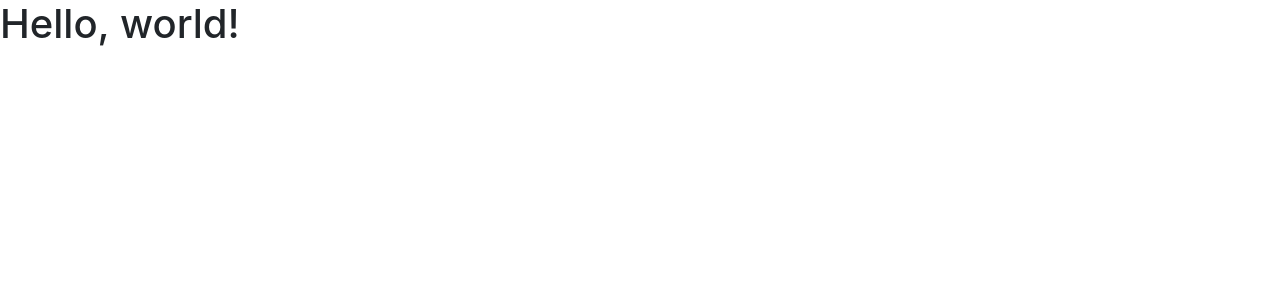
Repository: NarendraKumar-2259/ResturantManagementSystem
Page: http://localhost/Guntur_Karam/Home.jsp
The author's editor kept a copy of each file at every save. The page is drawn from the files as they stood at one save, then again after the next save.
The browser window is 1280 px wide. The pictures show the whole page.
Some web libraries are served in a nearby version. The page is served by Tomcat 9. Other server files are loaded and not shown.

Above is the page before, as saved 2024-09-27 10:03:17.

### Guntur Karam/src/main/webapp/Home.jsp
<%@ page language="java" contentType="text/html; charset=UTF-8"
    pageEncoding="UTF-8"%>
<!doctype html>
<html lang="en">
  <head>
    <!-- Required meta tags -->
    <meta charset="utf-8">
    <meta name="viewport" content="width=device-width, initial-scale=1, shrink-to-fit=no">

    <!-- Bootstrap CSS -->
    <link rel="stylesheet" href="https://cdn.jsdelivr.net/npm/bootstrap@4.0.0/dist/css/bootstrap.min.css" integrity="sha384-Gn5384xqQ1aoWXA+058RXPxPg6fy4IWvTNh0E263XmFcJlSAwiGgFAW/dAiS6JXm" crossorigin="anonymous">

    <title>Hello, world!</title>
  </head>
  <body>
    <h1>Hello, world!</h1>

    <!-- Optional JavaScript -->
    <!-- jQuery first, then Popper.js, then Bootstrap JS -->
    <script src="https://code.jquery.com/jquery-3.2.1.slim.min.js" integrity="sha384-KJ3o2DKtIkvYIK3UENzmM7KCkRr/rE9/Qpg6aAZGJwFDMVNA/GpGFF93hXpG5KkN" crossorigin="anonymous"></script>
    <script src="https://cdn.jsdelivr.net/npm/popper.js@1.12.9/dist/umd/popper.min.js" integrity="sha384-ApNbgh9B+Y1QKtv3Rn7W3mgPxhU9K/ScQsAP7hUibX39j7fakFPskvXusvfa0b4Q" crossorigin="anonymous"></script>
    <script src="https://cdn.jsdelivr.net/npm/bootstrap@4.0.0/dist/js/bootstrap.min.js" integrity="sha384-JZR6Spejh4U02d8jOt6vLEHfe/JQGiRRSQQxSfFWpi1MquVdAyjUar5+76PVCmYl" crossorigin="anonymous"></script>
  </body>
</html>

After the next save:
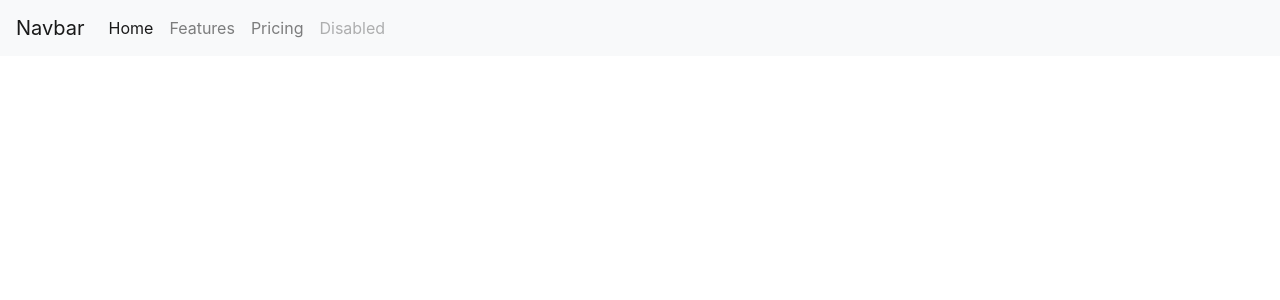
Saved 84 s later.
--- a/Guntur Karam/src/main/webapp/Home.jsp
+++ b/Guntur Karam/src/main/webapp/Home.jsp
@@ -13,7 +13,29 @@
     <title>Hello, world!</title>
   </head>
   <body>
-    <h1>Hello, world!</h1>
+    <nav class="navbar navbar-expand-lg navbar-light bg-light">
+  <a class="navbar-brand" href="#">Navbar</a>
+  <button class="navbar-toggler" type="button" data-toggle="collapse" data-target="#navbarNav" aria-controls="navbarNav" aria-expanded="false" aria-label="Toggle navigation">
+    <span class="navbar-toggler-icon"></span>
+  </button>
+  <div class="collapse navbar-collapse" id="navbarNav">
+    <ul class="navbar-nav">
+      <li class="nav-item active">
+        <a class="nav-link" href="#">Home <span class="sr-only">(current)</span></a>
+      </li>
+      <li class="nav-item">
+        <a class="nav-link" href="#">Features</a>
+      </li>
+      <li class="nav-item">
+        <a class="nav-link" href="#">Pricing</a>
+      </li>
+      <li class="nav-item">
+        <a class="nav-link disabled" href="#">Disabled</a>
+      </li>
+    </ul>
+  </div>
+</nav>
+
 
     <!-- Optional JavaScript -->
     <!-- jQuery first, then Popper.js, then Bootstrap JS -->
